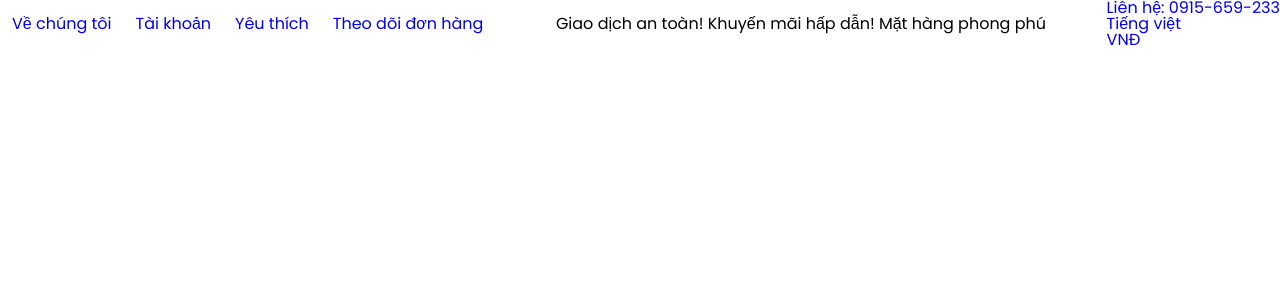
Repository: DucNghia2004/project_pro_01
Page: index.html
An editor plug-in stored every save of this project. The page is shown before and after the next save, followed by the edit.
The browser window is 1280 px wide. The pictures show the whole page.

Above is the page before, as saved 2024-05-30 20:11:48.

After the next save:
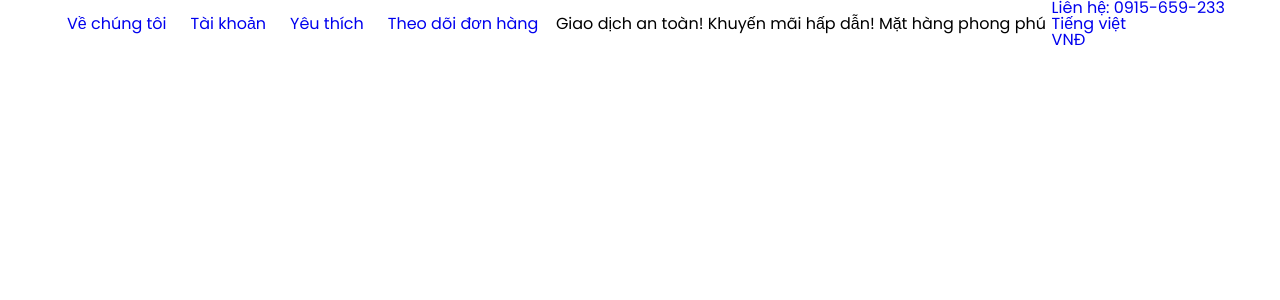
Saved 7 s later.
--- a/index.html
+++ b/index.html
@@ -20,7 +20,7 @@
     </head>
     <body>
         <div class="info">
-            <div class="contaier">
+            <div class="container">
                 <div class="info-info">
                     <div class="info-header">
                         <ul class="info__list">
